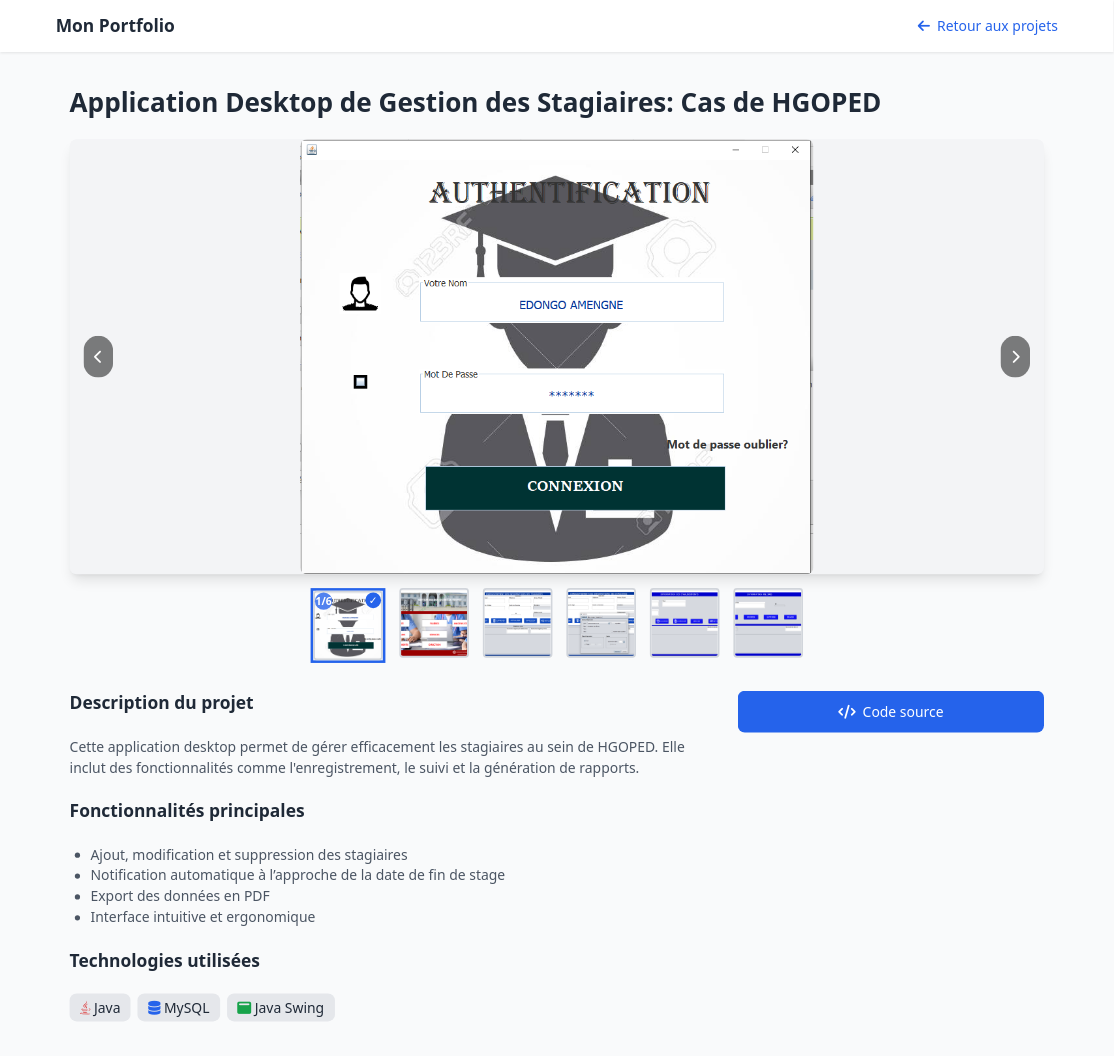
Repository: Edongo999/landry-portfolio
Page: projet-gestion-stagiaires.html
An editor plug-in stored every save of this project. The page is shown before and after the next save, followed by the edit.
The browser window is 1280 px wide. The pictures show the whole page, at 87% of full size.
Some web libraries are served in a nearby version.

Above is the page before, as saved 2025-09-14 03:23:39.

### projet-gestion-stagiaires.html

<!DOCTYPE html>
<html lang="fr">
<head>
  <meta charset="UTF-8" />
  <meta name="viewport" content="width=device-width, initial-scale=1.0" />
  <title>Détail du projet - Portfolio</title>
  <script src="https://cdn.tailwindcss.com"></script>
  <link rel="stylesheet" href="https://cdnjs.cloudflare.com/ajax/libs/font-awesome/6.4.0/css/all.min.css">
  <style>
    /* Miniature active */
    .thumb-active {
      border: 3px solid #2563eb !important; /* bordure bleue */
      position: relative;
    }
    /* Overlay ✓ */
    .thumb-active::after {
      content: "✓";
      position: absolute;
      top: 2px;
      right: 2px;
      background-color: #2563eb;
      color: white;
      font-size: 12px;
      width: 18px;
      height: 18px;
      border-radius: 50%;
      display: flex;
      align-items: center;
      justify-content: center;
    }
    /* Numéro indicateur */
    .thumb-number {
      position: absolute;
      top: 2px;
      left: 2px;
      background-color: rgba(37,99,235,0.8);
      color: white;
      font-size: 12px;
      width: 20px;
      height: 20px;
      border-radius: 50%;
      display: flex;
      align-items: center;
      justify-content: center;
      font-weight: bold;
    }
  </style>
</head>
<body class="bg-gray-50 text-gray-800">

  <!-- Header -->
  <header class="bg-white shadow p-4 sticky top-0 z-50">
    <div class="max-w-6xl mx-auto flex justify-between items-center">
      <h1 class="text-xl font-bold">Mon Portfolio</h1>
      <!-- Lien vers la section Mes Projets -->
      <a href="index.html#projects" class="flex items-center gap-2 text-blue-600 hover:text-blue-800 font-medium">
  <i class="fas fa-arrow-left"></i> Retour aux projets
</a>

    </div>
  </header>

  <!-- Section Détail Projet -->
  <section class="max-w-6xl mx-auto px-4 py-10">
 <h2 class="text-3xl font-bold mb-6">Application Desktop de Gestion des Stagiaires: Cas de HGOPED</h2>



    <!-- Slider images/vidéos -->
    <div class="relative w-full max-h-[500px] mx-auto overflow-hidden rounded-lg shadow-lg mb-4 flex justify-center items-center bg-gray-100">
      <div id="slide-container" class="w-full flex justify-center items-center"></div>
      <button onclick="prevSlide()" class="absolute top-1/2 left-4 transform -translate-y-1/2 bg-black/50 text-white p-3 rounded-full z-10">
        <i class="fas fa-chevron-left"></i>
      </button>
      <button onclick="nextSlide()" class="absolute top-1/2 right-4 transform -translate-y-1/2 bg-black/50 text-white p-3 rounded-full z-10">
        <i class="fas fa-chevron-right"></i>
      </button>
    </div>

    <!-- Miniatures -->
    <div class="flex justify-center gap-4 mb-8 relative" id="thumbnails">
      <div class="relative"><img src="assets/img/GESTION_STA1.PNG" class="w-20 h-20 object-cover cursor-pointer border-2 border-gray-300 rounded" onclick="goToSlide(0)"></div>
      <div class="relative"><img src="assets/img/application desktop.PNG" class="w-20 h-20 object-cover cursor-pointer border-2 border-gray-300 rounded" onclick="goToSlide(1)"></div>
      <div class="relative"><img src="assets/img/application desktop2.PNG" class="w-20 h-20 object-cover cursor-pointer border-2 border-gray-300 rounded" onclick="goToSlide(2)"></div>
      <div class="relative"><img src="assets/img/application desktop3.PNG" class="w-20 h-20 object-cover cursor-pointer border-2 border-gray-300 rounded" onclick="goToSlide(3)"></div>
      <div class="relative"><img src="assets/img/application desktop4.PNG" class="w-20 h-20 object-cover cursor-pointer border-2 border-gray-300 rounded" onclick="goToSlide(4)"></div>
      <div class="relative"><img src="assets/img/application desktop5.PNG" class="w-20 h-20 object-cover cursor-pointer border-2 border-gray-300 rounded" onclick="goToSlide(5)"></div>
    </div>

    <!-- Description + boutons -->
    <div class="grid grid-cols-1 md:grid-cols-3 gap-8">
      <div class="md:col-span-2 space-y-6">
        <h3 class="text-xl font-semibold mb-2">Description du projet</h3>
        <p class="text-gray-600 mb-4">
          Cette application desktop permet de gérer efficacement les stagiaires au sein de HGOPED.
          Elle inclut des fonctionnalités comme l'enregistrement, le suivi et la génération de rapports.
        </p>

        <h3 class="text-xl font-semibold mb-2">Fonctionnalités principales</h3>
        <ul class="list-disc pl-6 text-gray-600 mb-4">
          <li>Ajout, modification et suppression des stagiaires</li>
          <li> Notification automatique à l’approche de la date de fin de stage</li>
          <li>Export des données en PDF</li>
          <li>Interface intuitive et ergonomique</li>
        </ul>

        <h3 class="text-xl font-semibold mb-2">Technologies utilisées</h3>
        <div class="flex flex-wrap gap-2 mb-4">
          <span class="flex items-center gap-1 px-3 py-1 bg-gray-200 rounded-lg"><i class="fab fa-java text-red-600"></i> Java</span>
          <span class="flex items-center gap-1 px-3 py-1 bg-gray-200 rounded-lg"><i class="fas fa-database text-blue-600"></i> MySQL</span>
          <span class="flex items-center gap-1 px-3 py-1 bg-gray-200 rounded-lg"><i class="fas fa-window-maximize text-green-600"></i> Java Swing</span>
        </div>
      </div>

      <div class="flex flex-col gap-4 md:sticky md:top-32">

        <a href="https://github.com/Edongo999/Application_de_gestion-des_stagiaires.git" target="_blank" class="flex items-center justify-center w-full bg-blue-600 text-white py-3 rounded-lg text-center hover:bg-blue-700">
          <i class="fas fa-code mr-2"></i> Code source
        </a>
      </div>
    </div>
  </section>

<script>
  const slides = [
    { type: 'image', src: "assets/img/GESTION_STA1.PNG" },
    { type: 'image', src: "assets/img/application desktop.PNG" },
    { type: 'image', src: "assets/img/application desktop2.PNG" },
    { type: 'image', src: "assets/img/application desktop3.PNG" },
    { type: 'image', src: "assets/img/application desktop4.PNG" },
    { type: 'image', src: "assets/img/application desktop5.PNG" },
  ];

  let index = 0;
  let slideInterval;
  let userInteracting = false;

  const container = document.getElementById("slide-container");
  const thumbContainers = document.querySelectorAll('#thumbnails > div');
  const thumbs = document.querySelectorAll('#thumbnails img');

  function showSlide() {
    container.innerHTML = '';
    const slide = slides[index];
    const img = document.createElement("img");
    img.src = slide.src;
    img.alt = "Capture du projet";
    img.className = "w-auto max-h-[500px] object-contain rounded-lg transition-all duration-700";
    container.appendChild(img);

    // Miniatures et numéro
    thumbContainers.forEach((div, i) => {
      const oldNum = div.querySelector('.thumb-number');
      if(oldNum) oldNum.remove();
      div.classList.toggle('thumb-active', i === index);
      if(i === index){
        const num = document.createElement('span');
        num.className = 'thumb-number';
        num.textContent = `${i+1}/${slides.length}`;
        div.appendChild(num);
      }
    });
  }

  function nextSlide() { index = (index + 1) % slides.length; showSlide(); }
  function prevSlide() { index = (index - 1 + slides.length) % slides.length; showSlide(); }
  function goToSlide(i){ index = i; showSlide(); }

  function startAutoSlide() { slideInterval = setInterval(()=>{ if(!userInteracting) nextSlide(); }, 20000); }
  function stopAutoSlide(){ clearInterval(slideInterval); }

  const slideWrapper = document.querySelector('.relative');

  slideWrapper.addEventListener('mouseenter', () => userInteracting = true);
  slideWrapper.addEventListener('mouseleave', () => userInteracting = false);

  thumbs.forEach((thumb, i)=>{
    thumb.addEventListener('click', ()=>{
      userInteracting = true;
      goToSlide(i);
      setTimeout(()=> userInteracting=false,2000);
    });
  });

  document.querySelector('.absolute.left-4').addEventListener('click', ()=>{
    userInteracting=true;
    prevSlide();
    setTimeout(()=> userInteracting=false,2000);
  });
  document.querySelector('.absolute.right-4').addEventListener('click', ()=>{
    userInteracting=true;
    nextSlide();
    setTimeout(()=> userInteracting=false,2000);
  });

  showSlide();
  startAutoSlide();
</script>
</body>
</html>

After the next save:
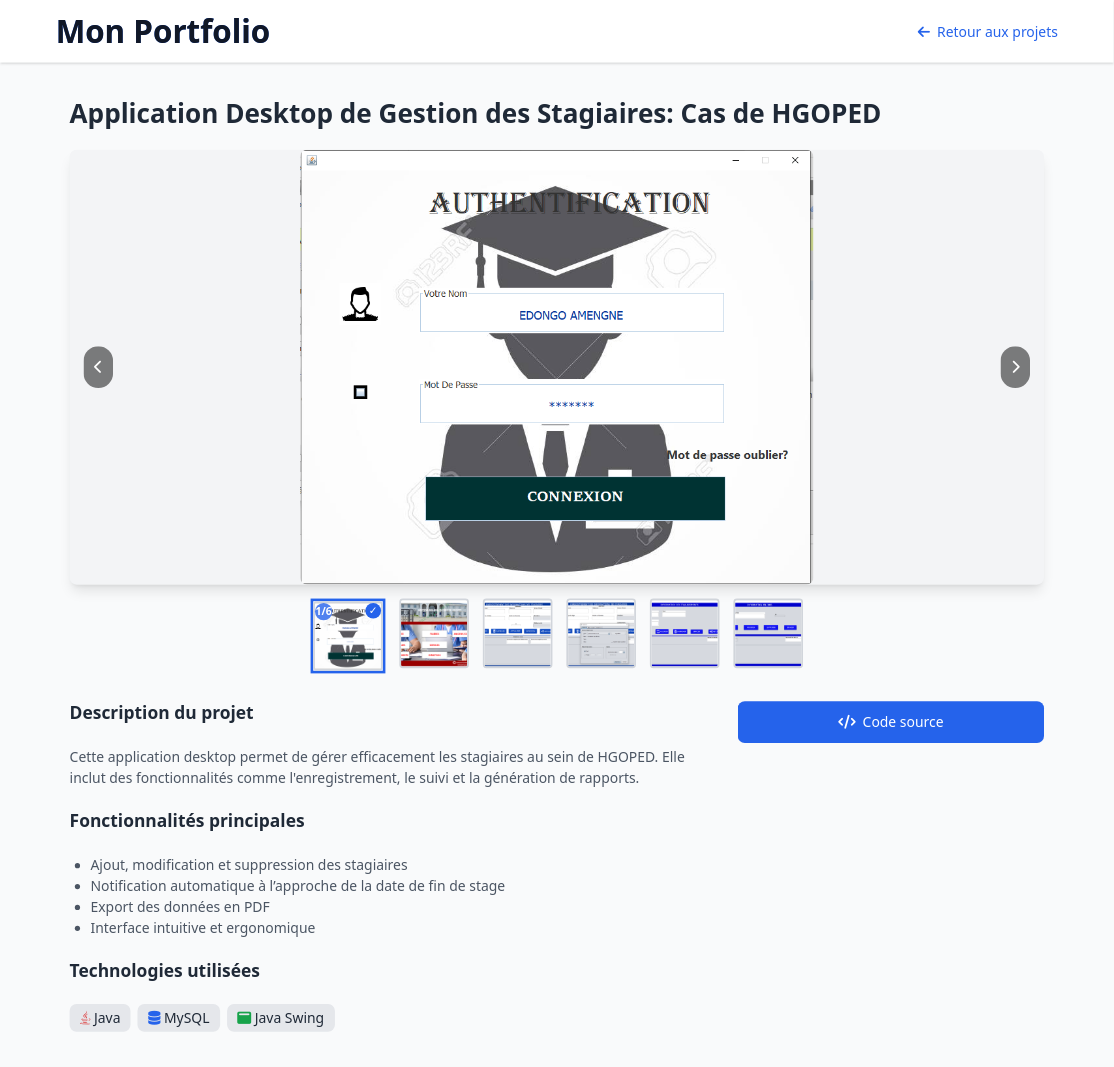
Saved 2 min 51 s later.
--- a/projet-gestion-stagiaires.html
+++ b/projet-gestion-stagiaires.html
@@ -52,7 +52,39 @@
   <!-- Header -->
   <header class="bg-white shadow p-4 sticky top-0 z-50">
     <div class="max-w-6xl mx-auto flex justify-between items-center">
-      <h1 class="text-xl font-bold">Mon Portfolio</h1>
+    <h1 class="text-3xl md:text-4xl font-bold text-gray-900 relative overflow-hidden" id="portfolio-title">
+  Mon Portfolio
+  <span class="absolute inset-0 bg-white/30 opacity-0" id="title-glow"></span>
+</h1>
+
+<style>
+  /* Animation d'apparition et explosion lumineuse */
+  #portfolio-title {
+    opacity: 0;
+    transform: scale(0.8);
+    animation: appear 1s forwards, explode 0.6s 1s forwards;
+  }
+
+  @keyframes appear {
+    to {
+      opacity: 1;
+      transform: scale(1);
+    }
+  }
+
+  @keyframes explode {
+    0% {
+      text-shadow: 0 0 0 #2563eb;
+    }
+    50% {
+      text-shadow: 0 0 10px #2563eb, 0 0 20px #2563eb, 0 0 30px #2563eb;
+    }
+    100% {
+      text-shadow: 0 0 0 #2563eb;
+    }
+  }
+</style>
+
       <!-- Lien vers la section Mes Projets -->
       <a href="index.html#projects" class="flex items-center gap-2 text-blue-600 hover:text-blue-800 font-medium">
   <i class="fas fa-arrow-left"></i> Retour aux projets
